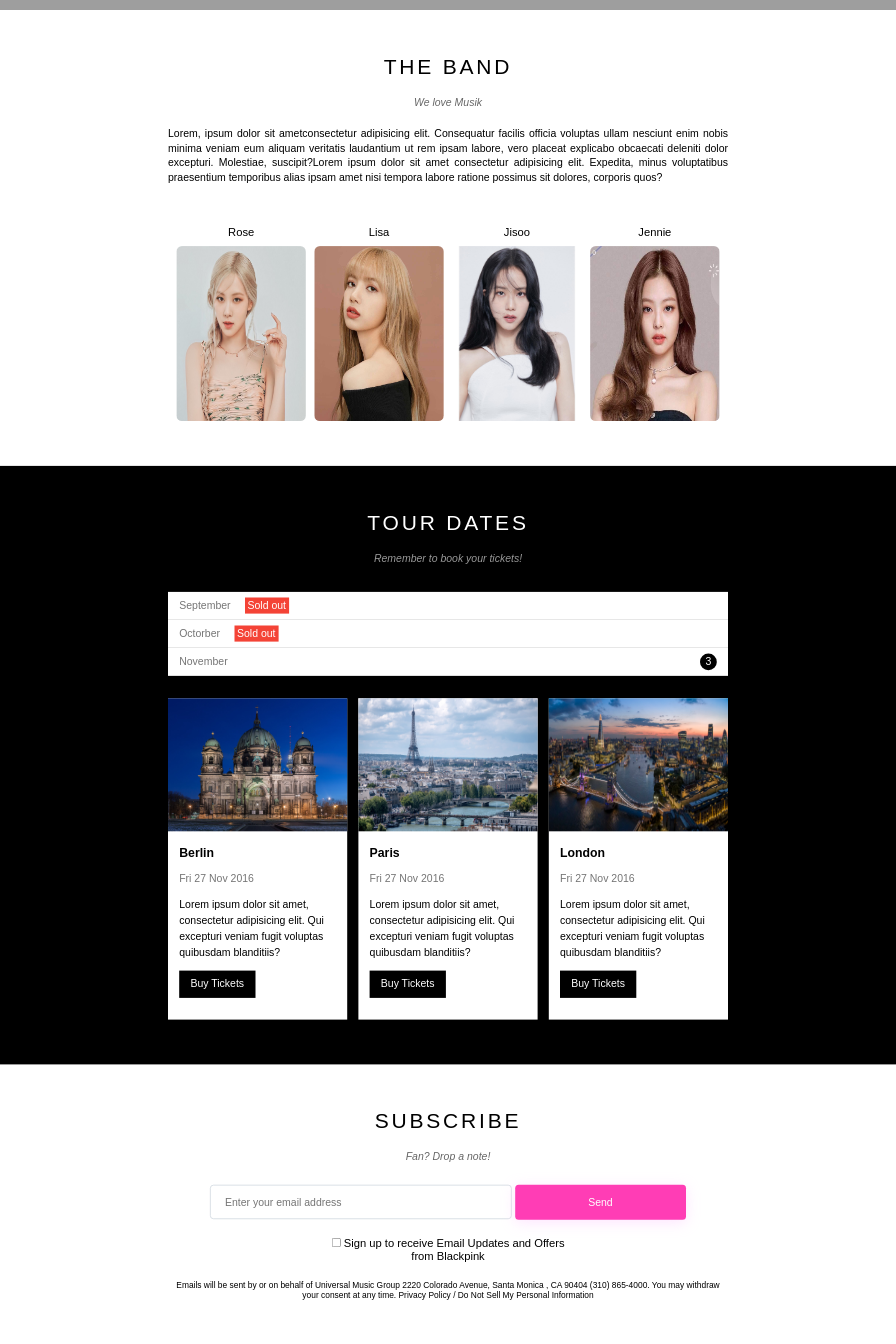
Repository: AiTrinh303/First-Project
Page: /
These files come from the project's save history. The page is drawn as it stood at one moment and after a run of saves; the edit follows.
The browser window is 1280 px wide. The pictures show the part of the page from y = 672 to 2592 px (the page is 2592 px tall), at 70% of full size.
Pictures or frames that could not be fetched are drawn as grey boxes. The project was rebuilt for these pictures with package versions that can differ from the ones it lists, and the page was loaded fresh each time.

Above is the page before, as saved 2024-01-23 10:21:36.

After the next 2 saves:
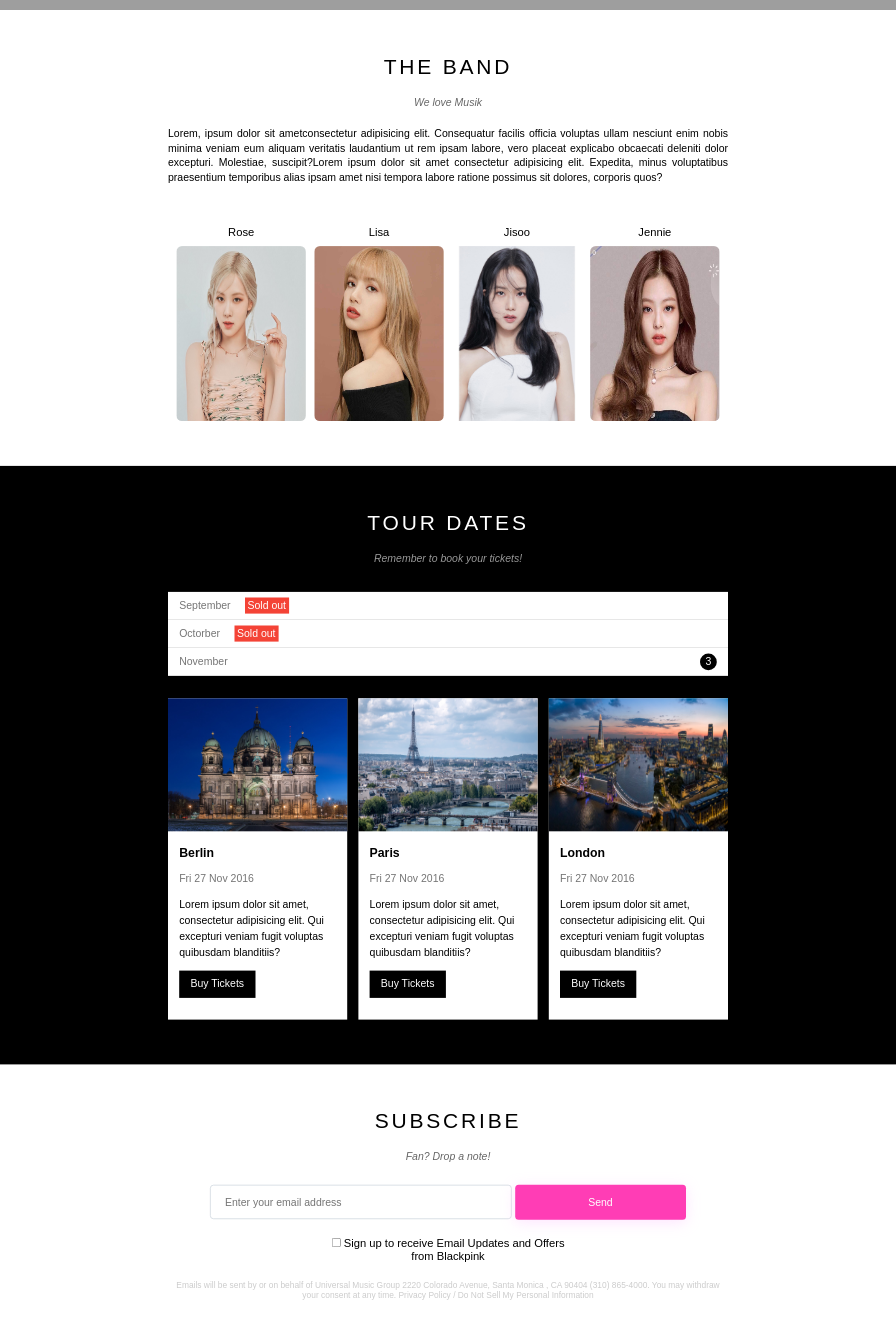
The 2 saves are shown as one change because they came seconds apart.
The last was saved 9 s later.
--- a/src/styles/main.css
+++ b/src/styles/main.css
@@ -317,6 +317,7 @@ width: 345px;
 .form-notice{
   font-size: 12px;
   margin-top: 25px;
+  color: #ccc
 }
 
 #footer{
